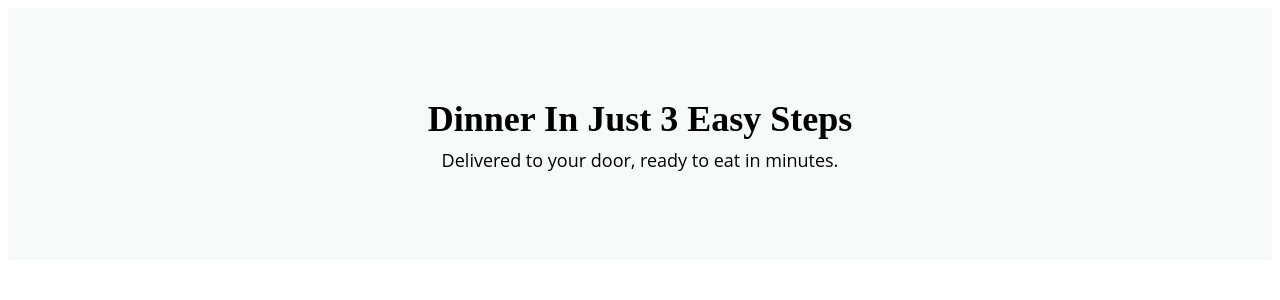
Repository: ST-United-Internship/leadpage
Page: icons-UI.html
The author's editor kept a copy of each file at every save. The page is drawn from the files as they stood at one save, then again after the next save.
The browser window is 1280 px wide. The pictures show the whole page.

Above is the page before, as saved 2023-03-15 09:31:55.

### icons-UI.html
<!DOCTYPE html>
<html lang="en">
<head>
    <meta charset="UTF-8">
    <meta http-equiv="X-UA-Compatible" content="IE=edge">
    <meta name="viewport" content="width=device-width, initial-scale=1.0">
    <title>Document</title>
    <link rel="stylesheet" href="css/icons-UI.css">
</head>
<body>
    <div class="about">
        <div class="title-text">
            <h2>Dinner In Just 3 Easy Steps</h2>
            <p>Delivered to your door, ready to eat in minutes.</p>
        </div>
    </div>
</body>
</html>

### css/icons-UI.css
.about{
    background-color: #f7fafa;
}

.about .title-text{
    text-align: center;
    padding: 90px;
}

.about .title-text h2{
    font-size: 36px;
    margin: 0px 0px 10px 0px;
}

.about .title-text p{
    font-size: 18px;
    font-family: 'Open Sans', sans-serif;
    margin: 0;
    line-height: 20px;
    font-weight: 400;
}

After the next save:
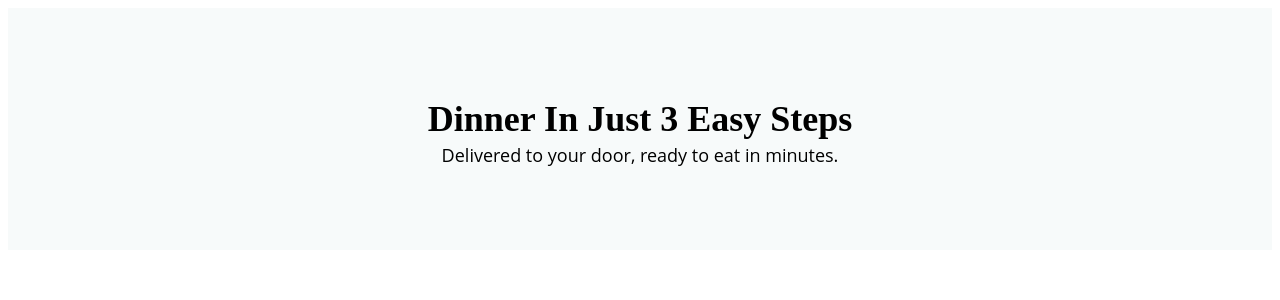
Saved 75 s later.
--- a/css/icons-UI.css
+++ b/css/icons-UI.css
@@ -16,6 +16,6 @@
     font-size: 18px;
     font-family: 'Open Sans', sans-serif;
     margin: 0;
-    line-height: 20px;
+    line-height: 10px;
     font-weight: 400;
 }
